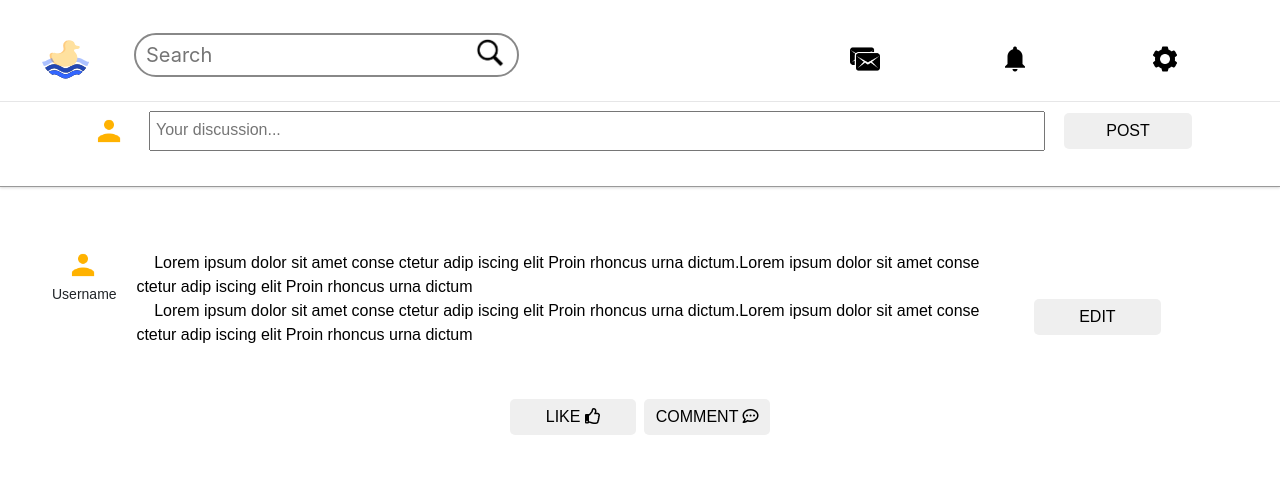
Repository: AOY311/DuckEdu
Page: discusion.html
The author's editor kept a copy of each file at every save. The page is drawn from the files as they stood at one save, then again after the next save.
The browser window is 1280 px wide. The pictures show the whole page.
Some web libraries are served in a nearby version.

Above is the page before, as saved 2021-10-23 22:20:02.
Not found: comment.css

After the next save:
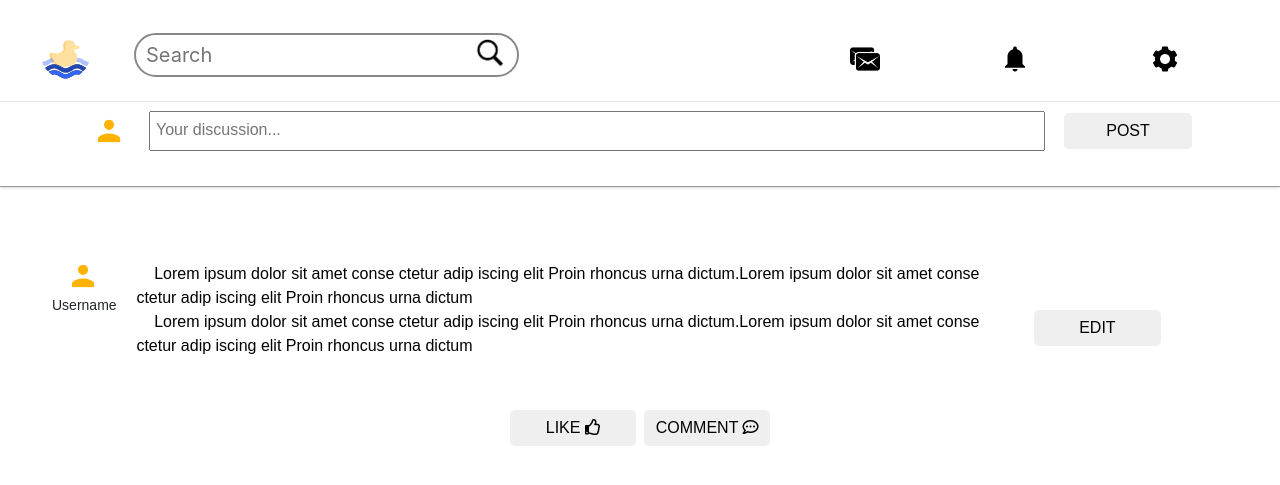
Saved 2 min 4 s later.
--- a/discusion.html
+++ b/discusion.html
@@ -66,6 +66,7 @@
 
         .body-disc {
             padding: 8px;
+            margin-top: 11px;
             /* box-shadow: 4px 3px 6px #999; */
         }
 
